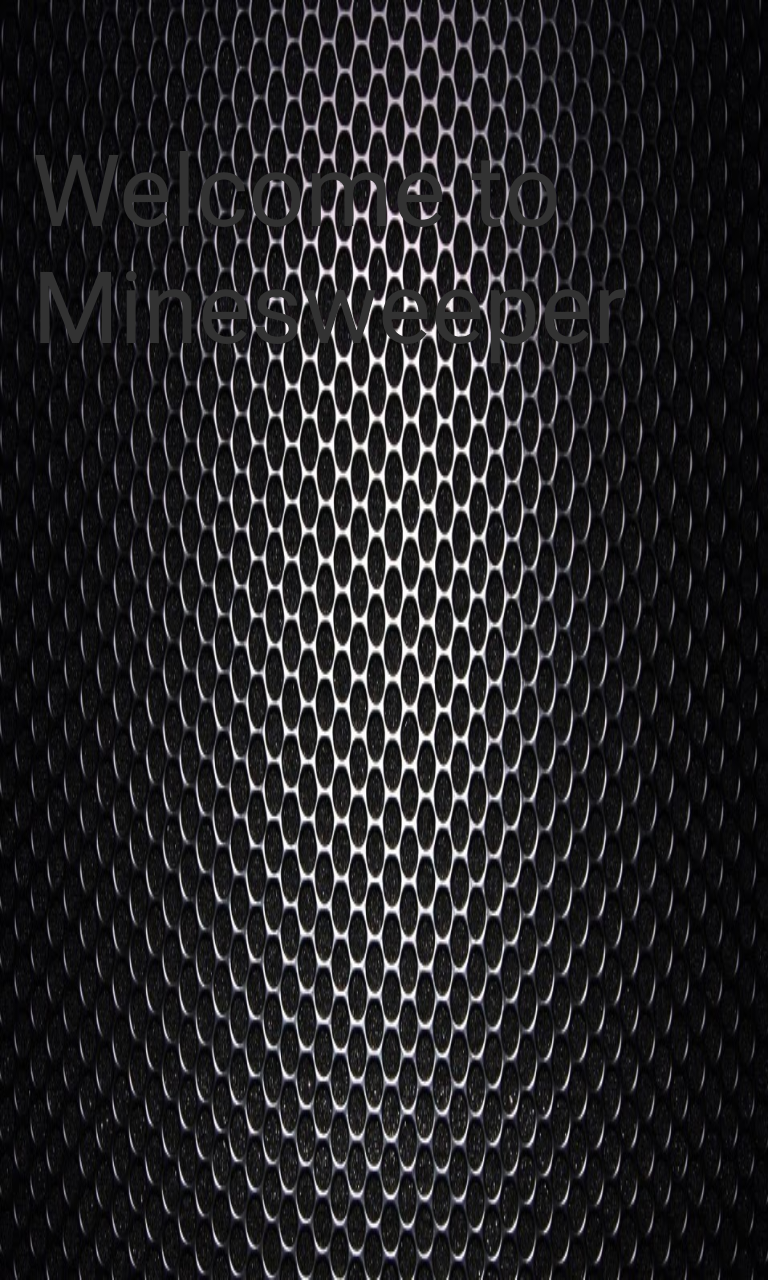
Repository: raquelvillon/BuscaminasLenguajes
Layout: buscaminas/res/layout/activity_main.xml
These files come from the project's save history. The layout is drawn as it stood at one moment and after the next save; the edit follows.
It is drawn on a 768 x 1280 px phone screen (xhdpi) without system bars, with theme AppTheme; the app's code is not run.

Above is the layout before, as saved 2013-11-20 21:35:32.

### buscaminas/res/layout/activity_main.xml
<RelativeLayout xmlns:android="http://schemas.android.com/apk/res/android"
    xmlns:tools="http://schemas.android.com/tools"
    android:layout_width="fill_parent"
    android:layout_height="fill_parent"
    android:background="@drawable/background"
    android:paddingBottom="@dimen/activity_vertical_margin"
    android:paddingLeft="@dimen/activity_horizontal_margin"
    android:paddingRight="@dimen/activity_horizontal_margin"
    android:paddingTop="@dimen/activity_vertical_margin"
    tools:context=".MainActivity" >

    <TextView
        android:layout_width="wrap_content"
        android:layout_height="wrap_content"
        android:layout_alignParentTop="true"
        android:layout_centerHorizontal="true"
        android:layout_marginTop="44dp"
        android:text="@string/hello_world"
        android:textSize="50dp" />

</RelativeLayout>

### buscaminas/res/values/strings.xml
<?xml version="1.0" encoding="utf-8"?>
<resources>

    <string name="app_name">buscaminas</string>
    <string name="action_settings">Settings</string>
    <string name="hello_world">Welcome to Minesweeper</string>

</resources>

Loaded but not shown: buscaminas/res/values/styles.xml (common file); buscaminas/res/values-v11/styles.xml (common file); buscaminas/res/values-v14/styles.xml (common file); buscaminas/res/values/dimens.xml (common file)

After the next save:
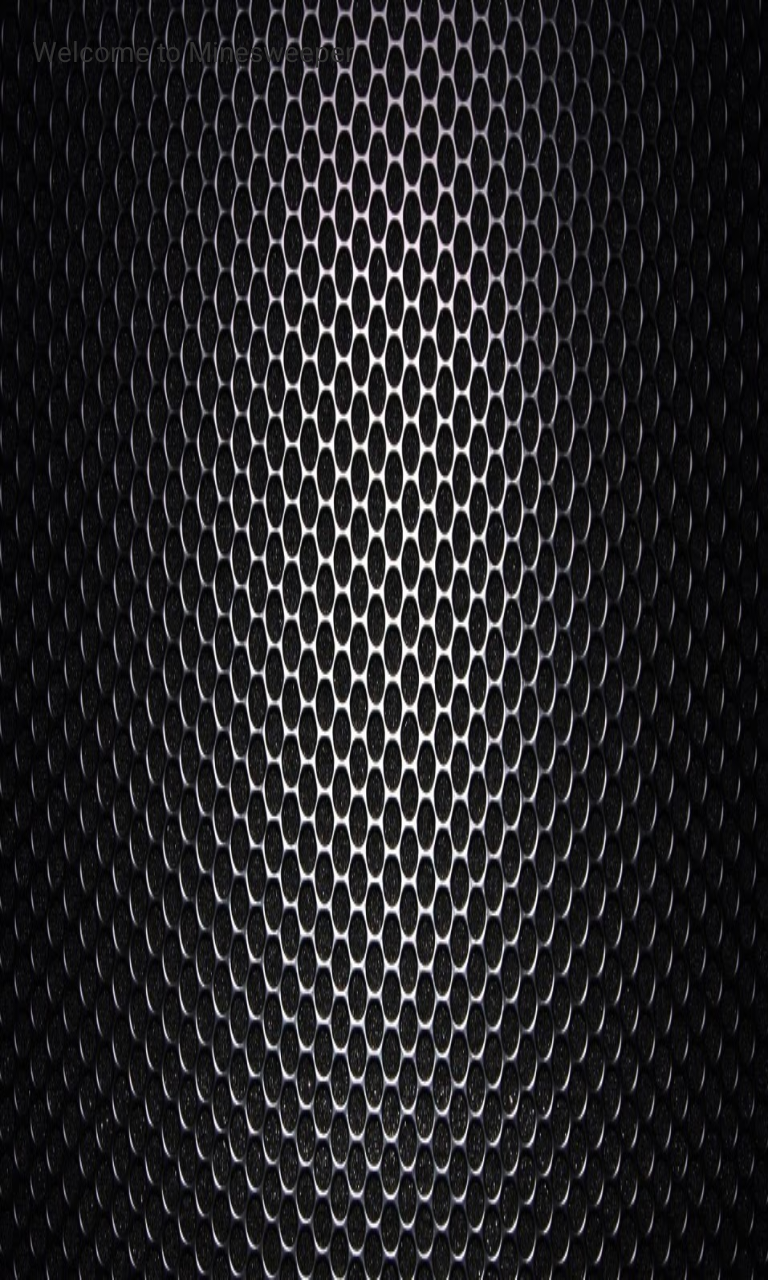
Saved 7 min 7 s later.
--- a/buscaminas/res/layout/activity_main.xml
+++ b/buscaminas/res/layout/activity_main.xml
@@ -12,10 +12,6 @@
     <TextView
         android:layout_width="wrap_content"
         android:layout_height="wrap_content"
-        android:layout_alignParentTop="true"
-        android:layout_centerHorizontal="true"
-        android:layout_marginTop="44dp"
-        android:text="@string/hello_world"
-        android:textSize="50dp" />
+        android:text="@string/hello_world" />
 
 </RelativeLayout>
